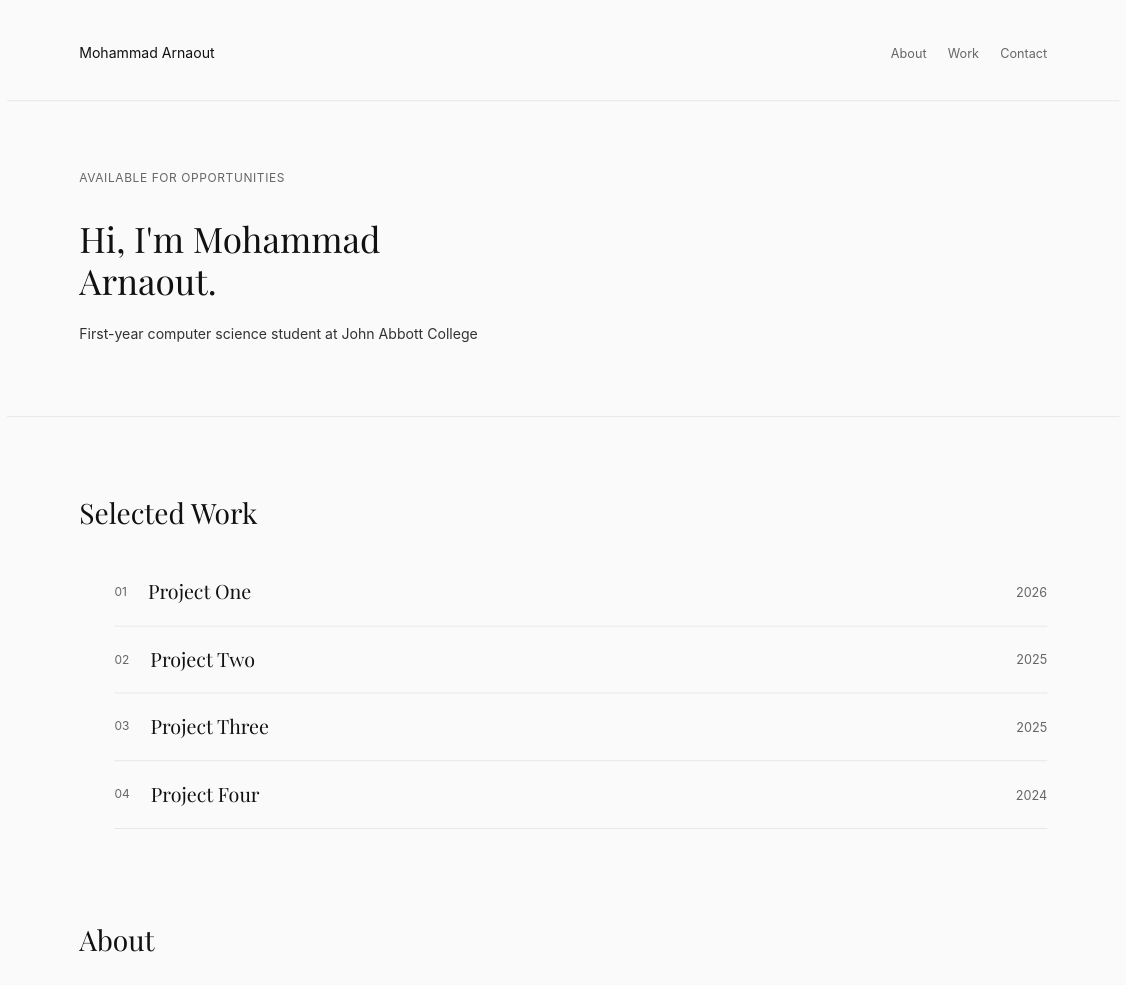
Repository: Moh-Arna/Moh-Arna
Page: index.html
These files come from the project's save history. The page is drawn as it stood at one moment and after the next save; the edit follows.
The browser window is 1280 px wide. The pictures show the whole page, at 88% of full size.
Some web fonts or font styles are not loaded; a fallback is used.

Above is the page before, as saved 2026-04-22 10:25:35.

After the next save:
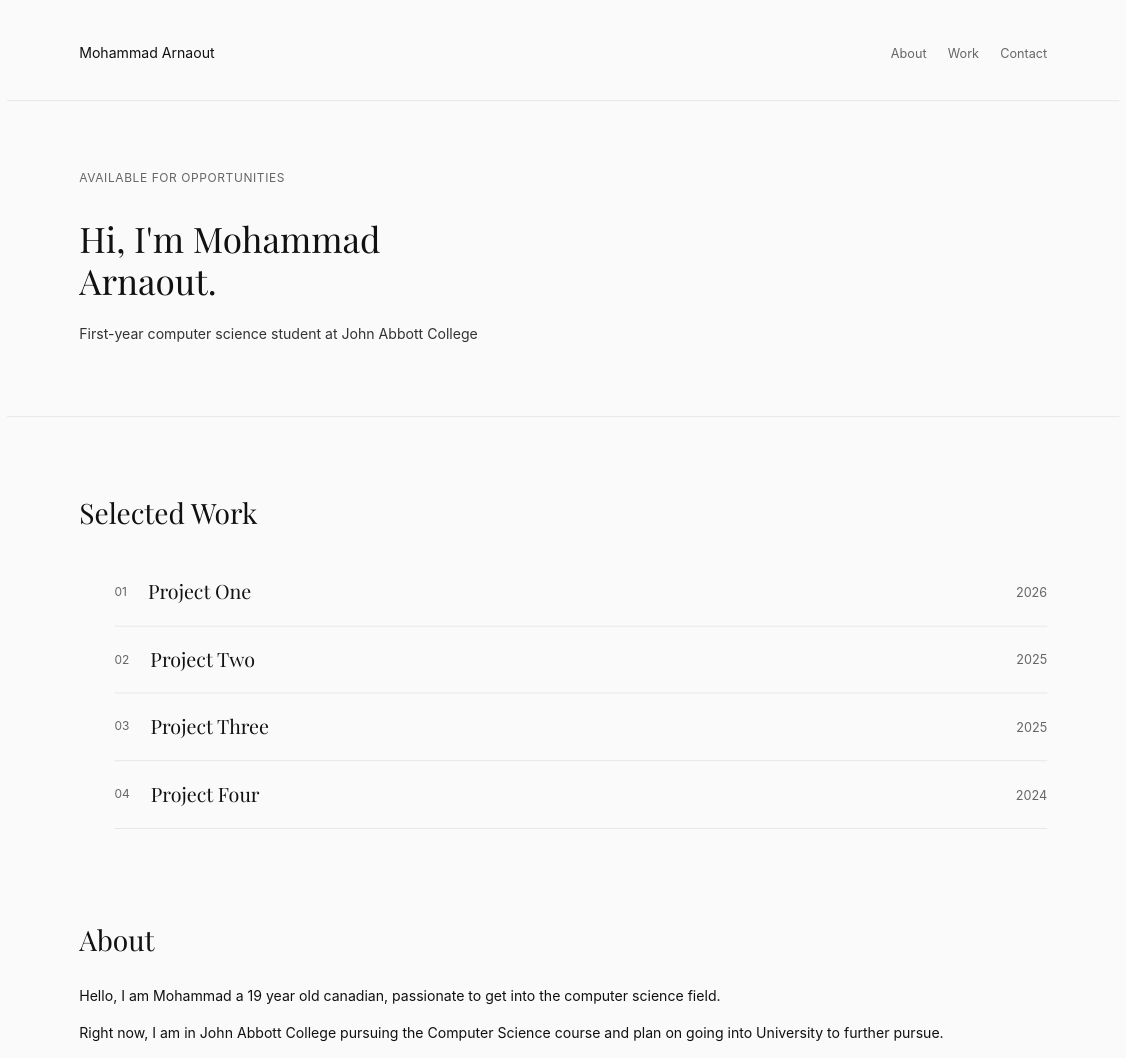
Saved 3 min 25 s later.
--- a/index.html
+++ b/index.html
@@ -105,6 +105,14 @@
 
             <h2 class="section-title">About</h2>
 
+            <p>
+                Hello, I am Mohammad a 19 year old canadian, passionate to get into the computer science field.
+            </p>
+
+            <p>
+                Right now, I am in John Abbott College pursuing the Computer Science course and plan on going into University to further pursue.
+            </p>
+
         </div>
 
     </section>
